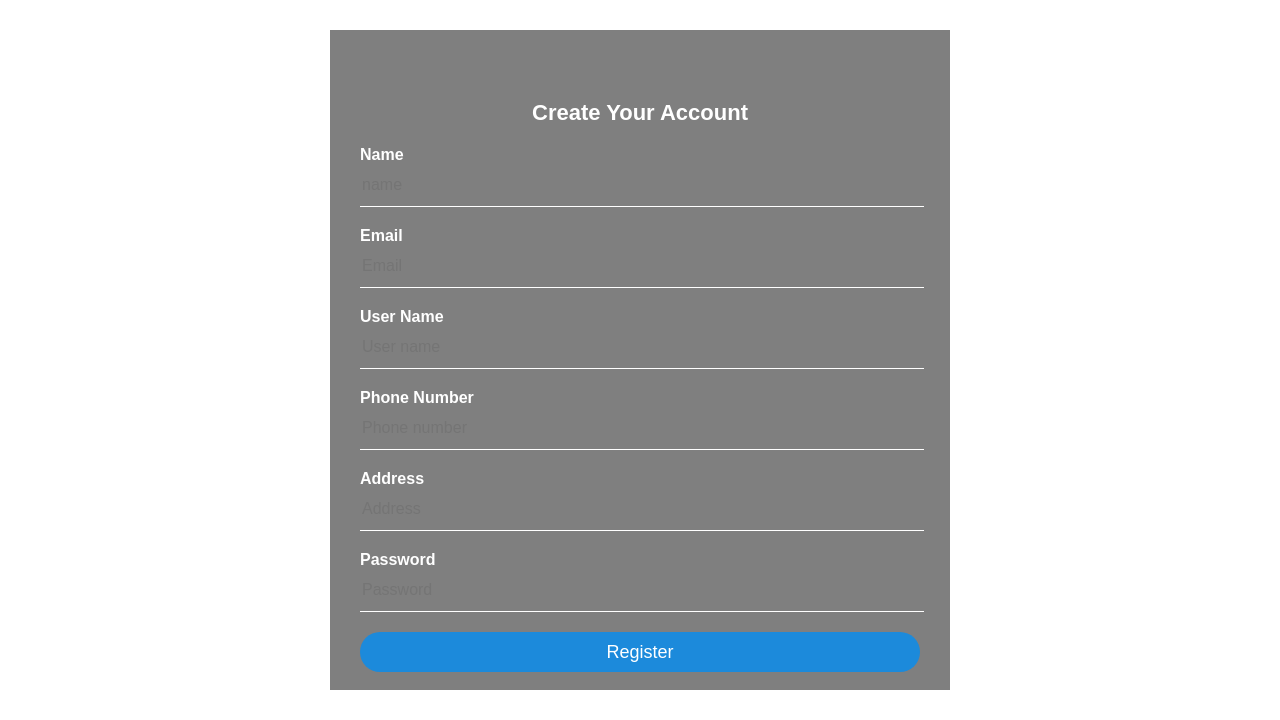
Repository: GamithaManawadu/RentJet-Online-Vehicle-Rental-System
Page: http://localhost/CustomerRegistration/customerinsert.jsp
The author's editor kept a copy of each file at every save. The page is drawn from the files as they stood at one save, then again after the next save.
The browser window is 1280 px wide. The pictures show the whole page.
The page is served by Tomcat 9.

Above is the page before, as saved 2020-05-12 11:12:55.

After the next save:
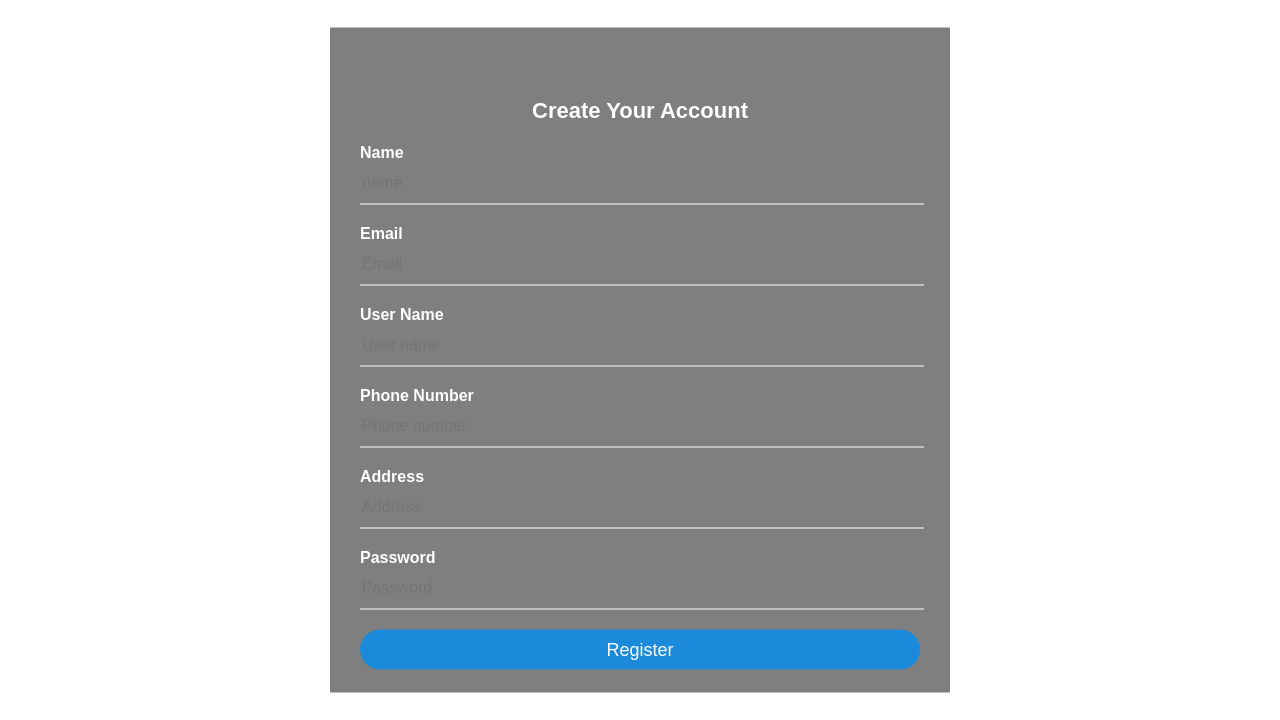
Saved 11 s later.
--- a/CustomerRegistration/WebContent/register.css
+++ b/CustomerRegistration/WebContent/register.css
@@ -9,7 +9,7 @@
 }
 .register-box{
     width: 620px;
-    height: 660px;
+    height: 665px;
     background: rgba(0, 0, 0, 0.5);
     color: #fff;
     top: 50%;
